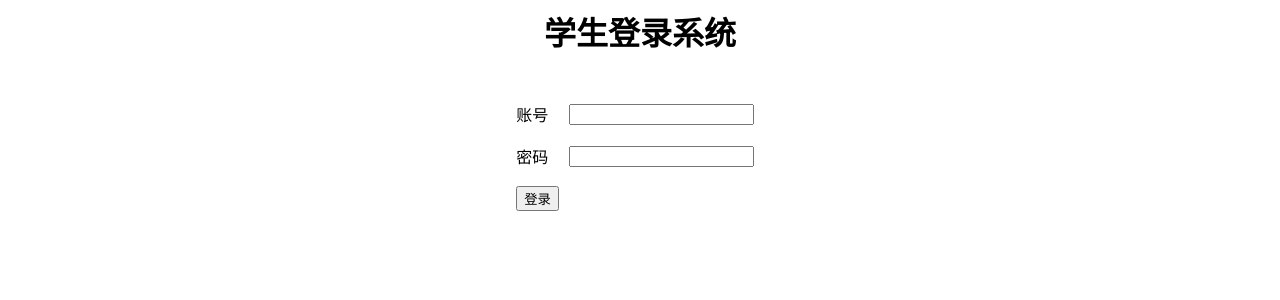
Repository: qq847261175/JavaWeb
Page: http://localhost/Student_Manager_Systerm/
The author's editor kept a copy of each file at every save. The page is drawn from the files as they stood at one save, then again after the next save.
The browser window is 1280 px wide. The pictures show the whole page.
The page is served by Tomcat 9.

Above is the page before, as saved 2016-10-30 07:13:37.

After the next save:
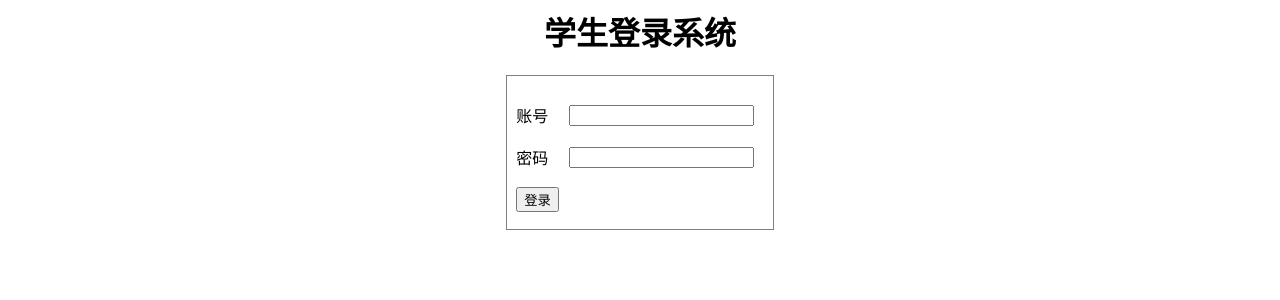
Saved 69 s later.
--- a/Student_Manager_Systerm/WebRoot/index.jsp
+++ b/Student_Manager_Systerm/WebRoot/index.jsp
@@ -9,7 +9,7 @@
   <div align="center">
     <h1>学生登录系统</h1>
   <form action="/Student_Manager_Systerm/LoginServlet" method="post">
-    <table cellspacing="8" style="border-width: 1">
+    <table cellspacing="8" style="border-width: 1;border-style: solid">
     <tr>
     <td>
      ${msg}
